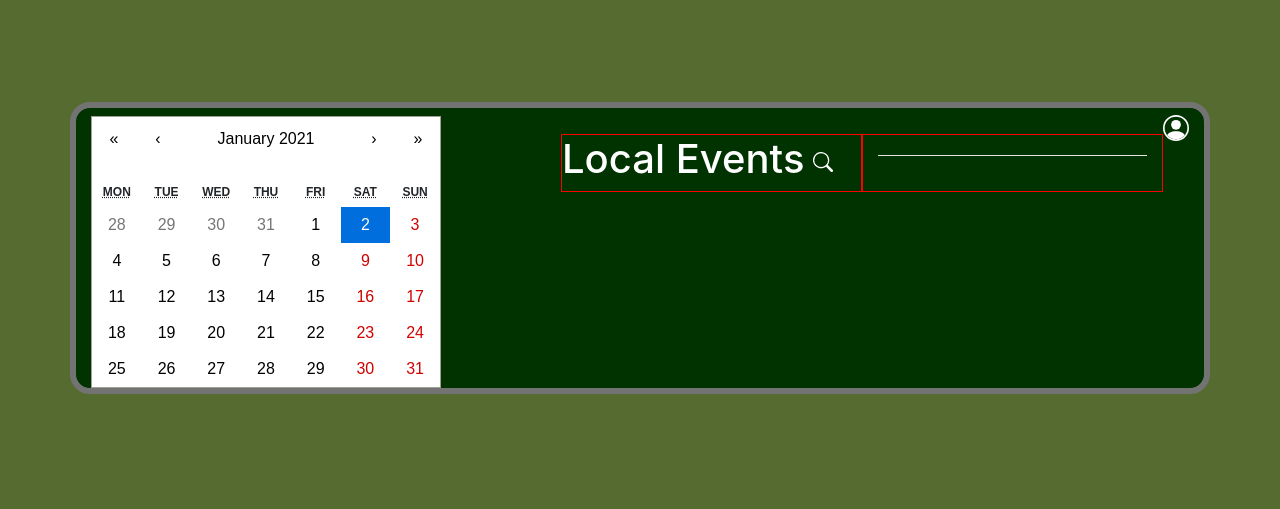
Repository: lalji-yadav/Calendar-code
Page: /
An editor plug-in stored every save of this project. The page is shown before and after the next save, followed by the edit.
The browser window is 1280 px wide. The pictures show the whole page.
The project was rebuilt for these pictures with package versions that can differ from the ones it lists, and the page was loaded fresh each time. Also part of the build but not shown: src/App.css.

Above is the page before, as saved 2021-01-03 14:34:06.

After the next save:
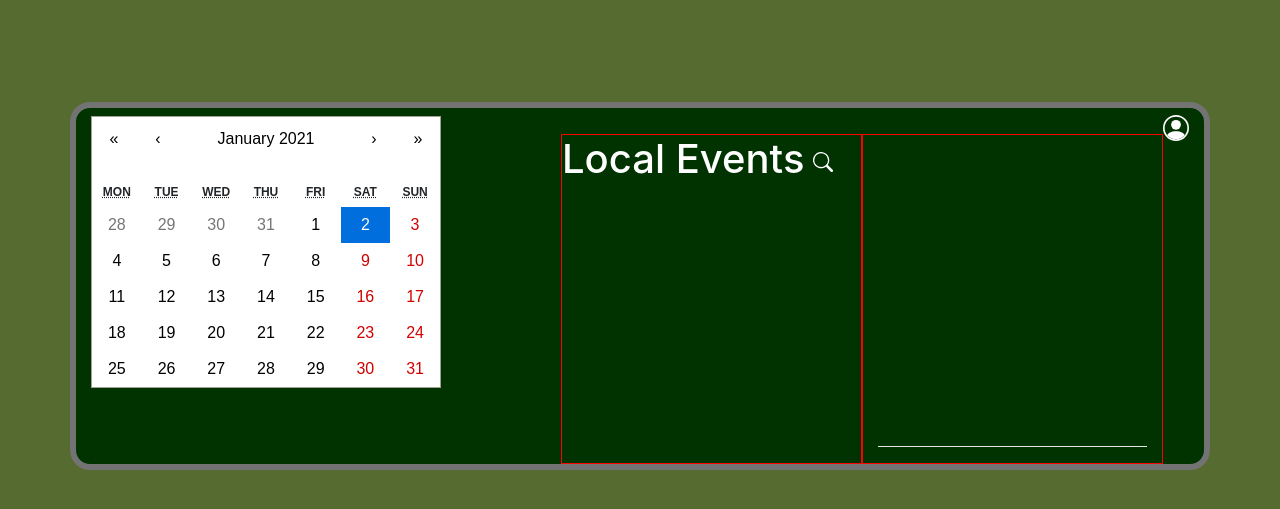
Saved 16 s later.
--- a/src/calendar/Home.js
+++ b/src/calendar/Home.js
@@ -30,7 +30,7 @@
                </svg>
                  </div>
                </div>
-               <div className="col-sm-6" style={{border:"1px solid red", paddingTop:"10px"}}>
+               <div className="col-sm-6" style={{border:"1px solid red", paddingTop:"50%"}}>
                <hr style={{marginTop:"10px"}} />
 
                </div>

After the save that followed:
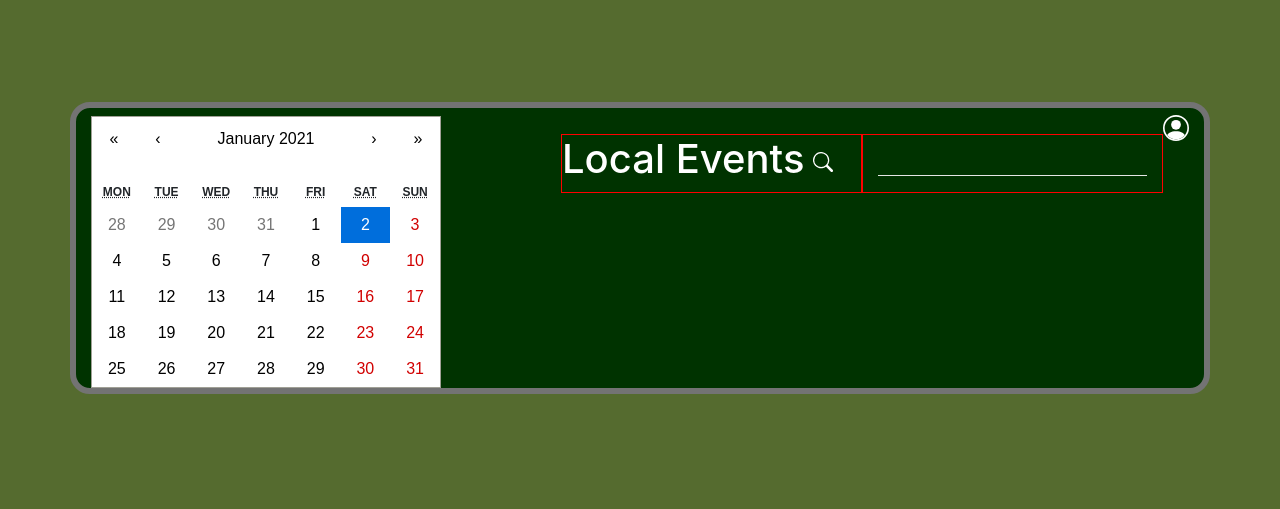
Saved 10 s later.
--- a/src/calendar/Home.js
+++ b/src/calendar/Home.js
@@ -30,7 +30,7 @@
                </svg>
                  </div>
                </div>
-               <div className="col-sm-6" style={{border:"1px solid red", paddingTop:"50%"}}>
+               <div className="col-sm-6" style={{border:"1px solid red", paddingTop:"5%"}}>
                <hr style={{marginTop:"10px"}} />
 
                </div>
